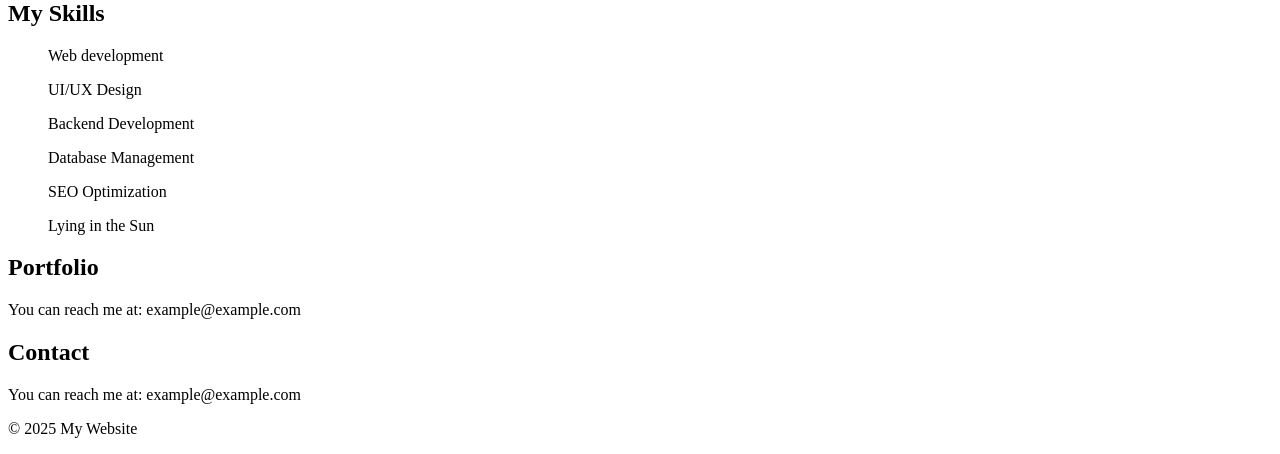
Repository: andajonas/Module_04_ANDJON25111_fto2502_A2_Anda-Jonas_SDF02
Page: index.html
These files come from the project's save history. The page is drawn as it stood at one moment and after a run of saves; the edit follows.
The browser window is 1280 px wide. The pictures show the part of the page from y = 601 to 1055 px (the page is 1055 px tall before and 975 px after).
A picture or video elsewhere on the page could not be fetched, so the positions and the page height are approximate.

Above is the page before, as saved 2025-03-05 09:22:14.

After the next 3 saves:
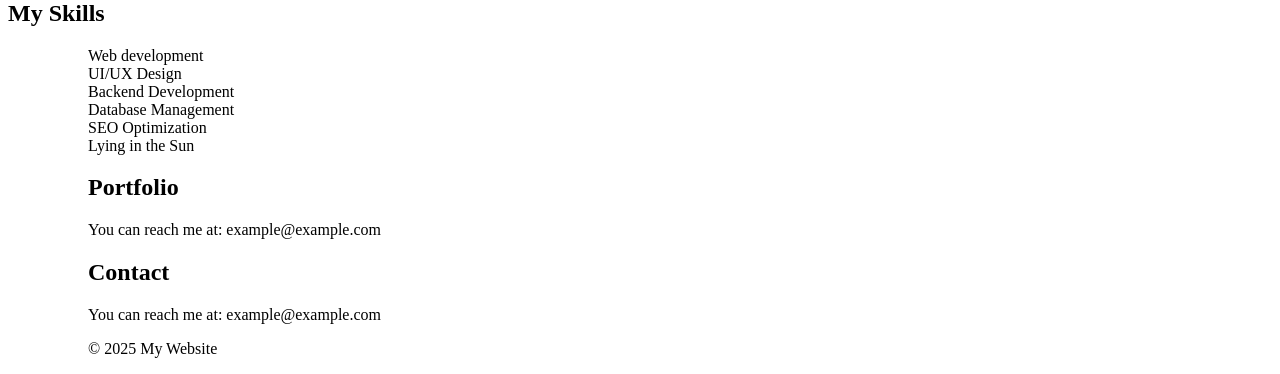
The 3 saves are shown as one change because they came seconds apart.
The last was saved 10 s later.
--- a/index.html
+++ b/index.html
@@ -23,13 +23,14 @@
 
     <section id="skills">
         <h2>My Skills</h2>
-        <ul></ul>
+        <ul>
        <ul>Web development</ul>
        <ul>UI/UX Design</ul>
        <ul>Backend Development</ul>
        <ul>Database Management</ul>
        <ul>SEO Optimization</ul>
        <ul>Lying in the Sun</ul>
+       <ul
     </section>
 
     <section id="portfolio">
